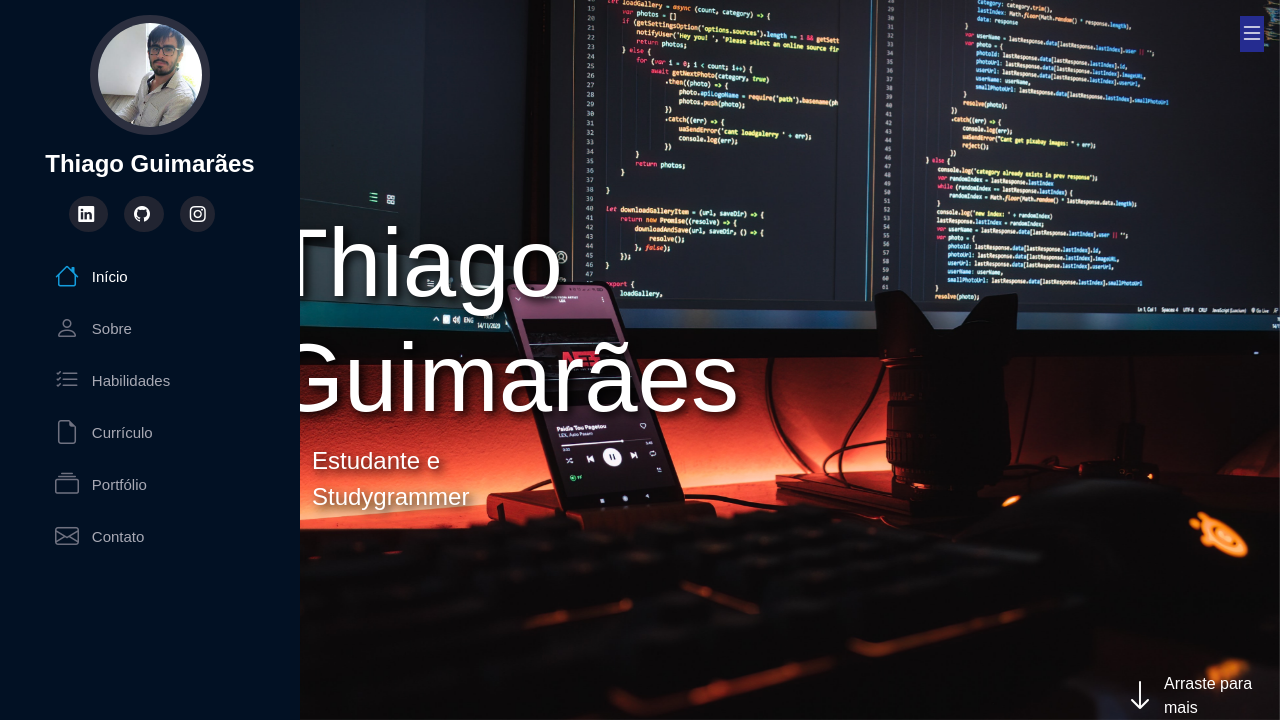
Repository: Rayago/projeto-portfolio
Page: http://localhost/
The author's editor kept a copy of each file at every save. The page is drawn from the files as they stood at one save, then again after the next save.
The browser window is 1280 px wide. The pictures show the whole page.
Some web fonts or font styles are not loaded; a fallback is used. The page is served by the project's application, run on Flask 3 (app.py).

Above is the page before, as saved 2022-07-12 17:51:41.

### templates/index.html
<!DOCTYPE html>
<html lang="pt-br">
<head>
    <meta charset="UTF-8">
    <meta http-equiv="X-UA-Compatible" content="IE=edge">
    <meta name="viewport" content="width=device-width, initial-scale=1.0">
    <link rel="stylesheet" href="../static/bootstrap/css/bootstrap.css">
    <link rel="stylesheet" href="../static/style.css">
    <link rel="icon" type="image/png" href="../static/img">
    <link rel="stylesheet" href="https://cdn.jsdelivr.net/npm/bootstrap-icons@1.8.3/font/bootstrap-icons.css">
    <title>Thiago Guimarães</title>
</head>
<body>

    <i class="bi bi-list menu-mobile"></i>

    <aside id="header">
        <section class="profile">
            <img src="../static/img/meu_perfil.jpg" alt="Foto Perfil"/>
            <h1>Thiago Guimarães</h1>
            <div class="social-links mt-4 text-center">
                <a target="_blank" href="https://www.linkedin.com/in/raymundo-thiago">
                    <i class="bi bi-linkedin"></i>
                </a>
                <a target="_blank" href="https://www.github.com/Rayago">
                    <i class="bi bi-github"></i>
                </a>
                <a target="_blank" href="https://www.instagram.com/estudatech">
                    <i class="bi bi-instagram"></i>
                </a>
            </div>
        </section>

        <nav id="navbar" class="nav-menu">
            <ul class="nav flex-column">
                <li class="nav-item">
                  <a class="nav-link active" aria-current="page" href="#"><i class="bi bi-house" aria-hidden="true"></i> Início</a>
                </li>
                <li class="nav-item">
                  <a class="nav-link" href="#"><i class="bi bi-person" aria-hidden="true"></i> Sobre</a>
                </li>
                <li class="nav-item">
                  <a class="nav-link" href="#"><i class="bi bi-list-check" aria-hidden="true"></i> Habilidades</a>
                </li>
                <li class="nav-item">
                    <a class="nav-link" aria-current="page" href="#"><i class="bi bi-file-earmark" aria-hidden="true"></i> Currículo</a>
                </li>
                <li class="nav-item">
                    <a class="nav-link" href="#"><i class="bi bi-collection" aria-hidden="true"></i> Portfólio</a>
                </li>
                <li class="nav-item">
                    <a class="nav-link" href="#"><i class="bi bi-envelope" aria-hidden="true"></i> Contato</a>
                </li>
              </ul>
        </nav>

    </aside>

    <main id="main">

        <section id="inicio" class="row m-0 p-0">
            <div class="col-md-5 d-flex justify-content-center align-items-center flex-column">
                <h2 class="text-white text-shadow">Thiago Guimarães</h2>
                <span id="subtitle" class="text-white text-shadow">Estudante e Studygrammer</span>
            </div>

            <div class="col-md-7 d-flex justify-content-end align-items-end">
                <div id="arraste" class="d-flex align-items-center">
                    <i class="bi bi-arrow-down text-white pe-2 fs-2" aria-hidden="true"></i>
                    <a href="">Arraste para mais</a>
                </div>

            </div>
        </section>

    </main>

    <script src="../static/bootstrap/js/bootstrap.bundle.min.js"></script>
    <script src="../static/script.js"></script>
</body>
</html>

### app.py
from flask import Flask, render_template, redirect

app = Flask(__name__)

@app.route('/')
def index():
    return render_template('index.html')

if __name__ == '__main__':
    app.run(debug=True)

### static/style.css
@import url('https://fonts.googleapis.com/css2?family=Ubuntu:ital,wght@0,300;0,400;0,500;0,700;1,300;1,400;1,500;1,700&display=swap');

html, body {
    font-family: Ubuntu, Arial;
    width: 100%;
    height: 100%;
}

#header {
    position: fixed;
    top: 0;
    left: 0;
    bottom: 0;
    background: #021124;
    overflow-y: auto;
    width: 300px;
    transition: all ease-in-out 0.5s;
    padding: 0 15px;
    z-index: 9997;
}

#header .profile img {
    margin: 15px auto;
    display: block;
    width: 120px;
    border: 8px solid #2c2f3f;
    border-radius: 50%;
}

#header .profile h1 {
    font-size: 24px;
    margin: 0;
    padding: 0;
    font-weight: 600;
    text-align: center;
    color: white;
}

#header .profile .social-links a {
    font-size: 1rem;
    background: #212431;
    color: #fff;
    padding: 0.6rem;
    margin-right: 1rem;
    border-radius: 50%;
    transition: 0.3s;
    text-decoration: none;
}

#header .profile .social-links a:hover {
    background: #149ddd;
}

.nav-menu {
    padding: 1.5rem;
}

.nav-menu a,
.nav-menu a:focus {
    display: flex;
    align-items: center;
    color: #a8a9b4;
    transition: 0.3s;
    font-size: 15px;
}

.nav-menu a i,
.nav-menu a:focus i {
    font-size: 24px;
    padding-right: 0.8rem;
    color: #6f7180;
}

.nav-menu a:hover,
.nav-menu .active,
.nav-menu .active:focus,
.nav-menu li:hover > a {
    text-decoration: none;
    color: #fff;
}

.nav-menu a:hover i,
.nav-menu .active i,
.nav-menu .active:focus i,
.nav-menu li:hover > a i {
    color: #149ddd;
}

#main{
    margin-left: 300px;
}

section#inicio {
    background-image: url("./img/banner.jpg");
    background-repeat: no-repeat;
    background-size: cover;
    background-attachment: fixed;
    background-position: center;

    width: 100%;
    height: 100vh;
}


section#inicio h2{
    font-size: 6rem;
}

section#inicio span#subtitle{
    margin-right: 8rem;
    font-size: 1.5rem;
}

.text-shadow {
    text-shadow: 4px 4px 10px #000000;
}

section#inicio div#arraste {
    width: 9rem;
}

section#inicio div#arraste a {
    text-decoration: none;
    color: #fff;
}

i.menu-mobile {
    position: fixed;
    color: #fff;
    background-color: #252c90;
    right: 1rem;
    top: 1rem;
    font-size: 1.5rem;
}

Loaded but not shown: static/bootstrap/css/bootstrap.css (library); static/bootstrap/js/bootstrap.bundle.min.js (library); static/script.js (no stored copy; drawn as an empty file)

After the next save:
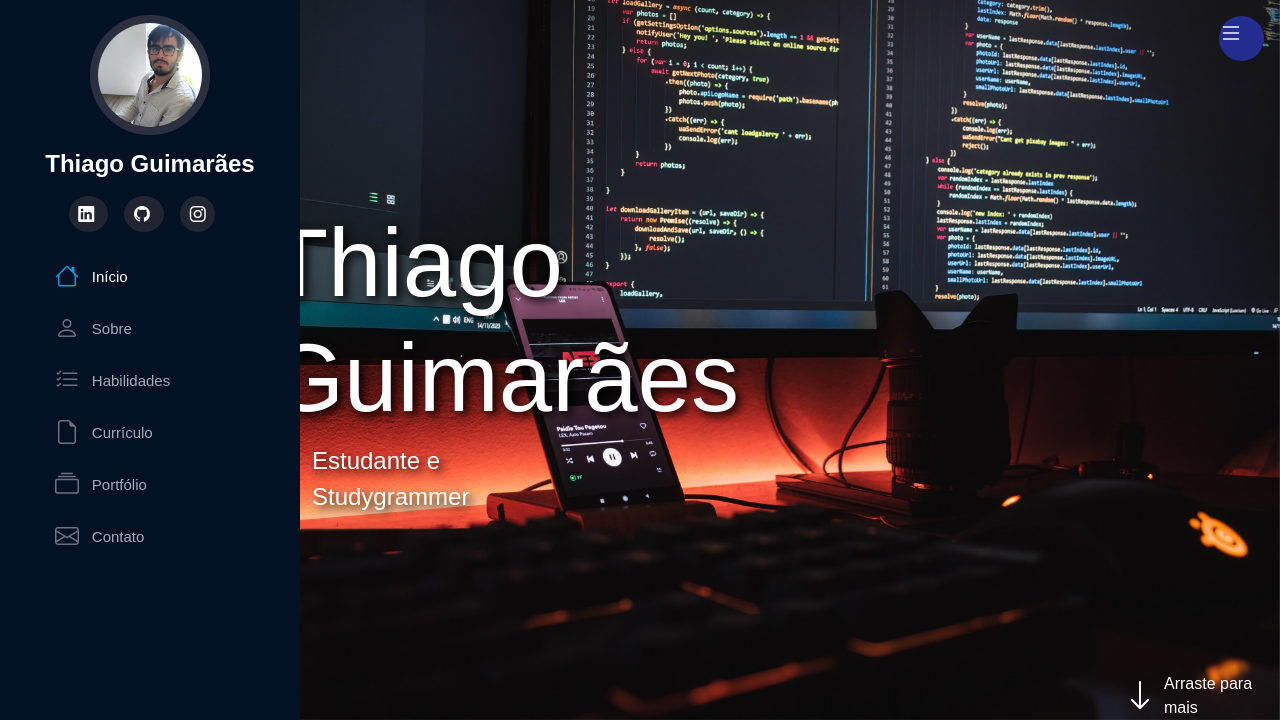
Saved 38 s later.
--- a/static/style.css
+++ b/static/style.css
@@ -131,4 +131,9 @@ i.menu-mobile {
     right: 1rem;
     top: 1rem;
     font-size: 1.5rem;
+    border-radius: 4rem;
+    cursor: pointer;
+    z-index: 10;
+    width: 45px;
+    height: 45px;
 }
